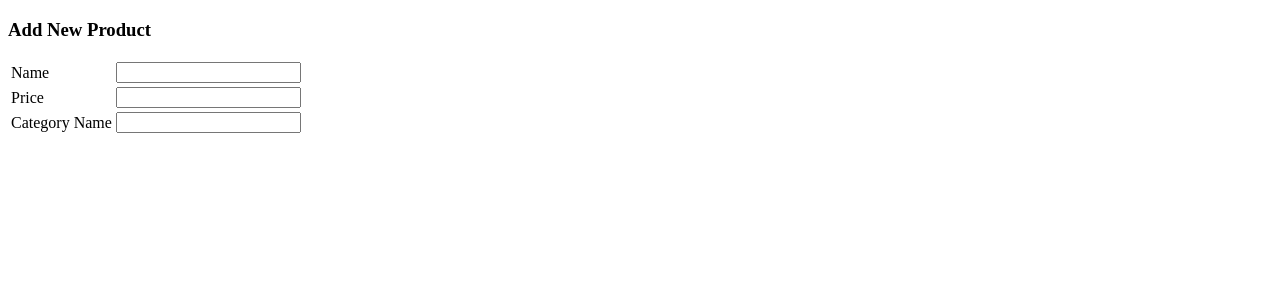
Repository: HsuMon123/Testing-Java-EE
Page: http://localhost/04-jsp-java-bean/
These files come from the project's save history. The page is drawn as it stood at one moment and after the next save; the edit follows.
The browser window is 1280 px wide. The pictures show the whole page.
The page is served by Tomcat 9.

Above is the page before, as saved 2020-12-17 11:07:44.

After the next save:
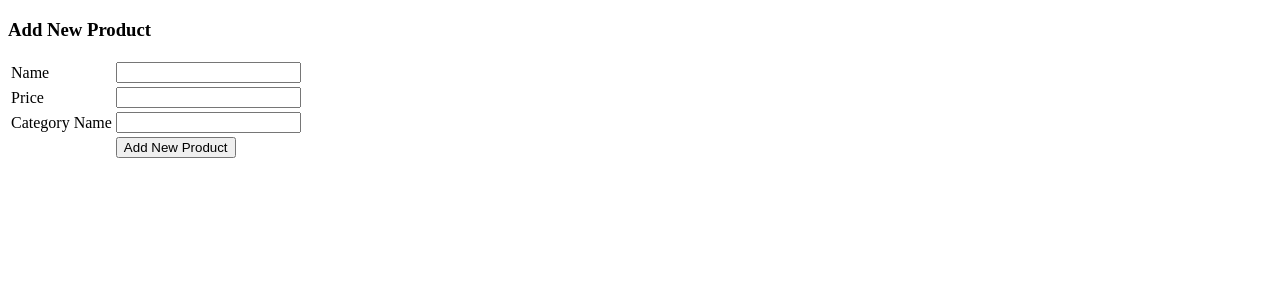
Saved 56 s later.
--- a/04-jsp-java-bean/src/main/webapp/index.jsp
+++ b/04-jsp-java-bean/src/main/webapp/index.jsp
@@ -30,7 +30,9 @@
 			</tr>
 			<tr>
 				<td></td>
-				<td></td>
+				<td>
+					<button type="submit">Add New Product</button>
+				</td>
 			</tr>
 		</table>
 	</form>
